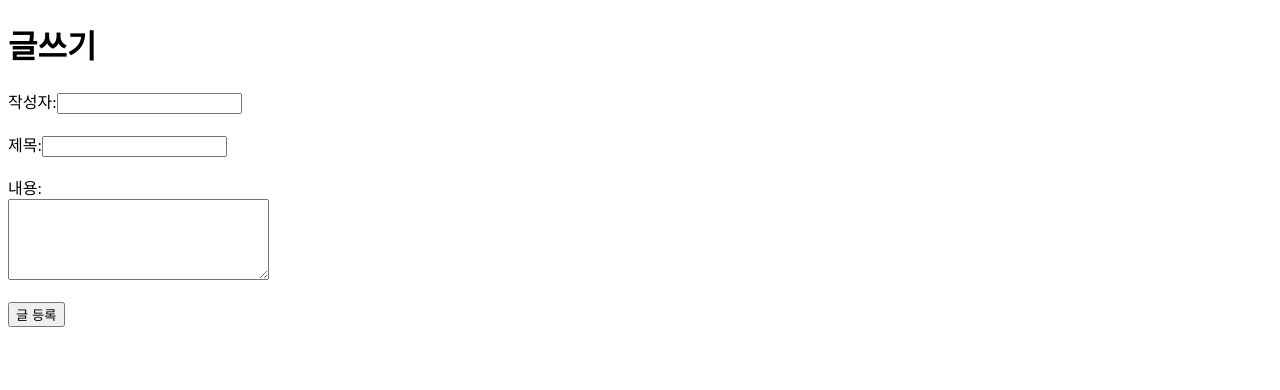
Repository: jsy8315/KOPO_SPRING
Page: http://localhost/jsp_assignFinal/boardWrite.jsp
These files come from the project's save history. The page is drawn as it stood at one moment and after the next save; the edit follows.
The browser window is 1280 px wide. The pictures show the whole page.
The page is served by Tomcat 10.

Above is the page before, as saved 2023-06-29 00:25:18.

After the next save:
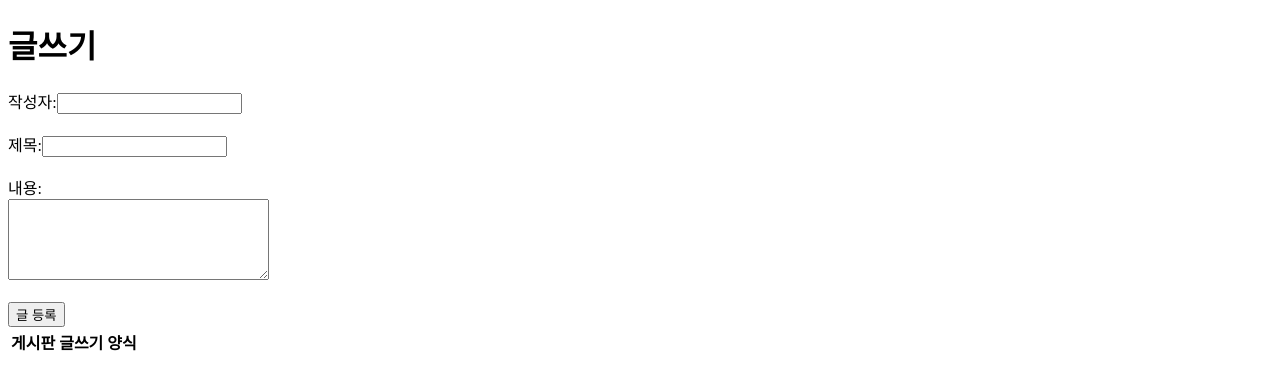
Saved 2 min 29 s later.
--- a/jsp_assignFinal/src/main/webapp/boardWrite.jsp
+++ b/jsp_assignFinal/src/main/webapp/boardWrite.jsp
@@ -9,7 +9,10 @@
     <h1>글쓰기</h1>
     <form action="write.do" method="post">
     	<table class="table table-striped" style="text-align: center; boarder:1px solid #ccc">
-        <label for="writer">작성자:</label>
+        	<thead>
+        		<tr>
+        			<th colspan="2" style="background-color:#eeeee; text-align: center;">게시판 글쓰기 양식</th>
+        	<label for="writer">작성자:</label>
         <input type="text" id="writer" name="writer"><br><br>
 
         <label for="title">제목:</label>
